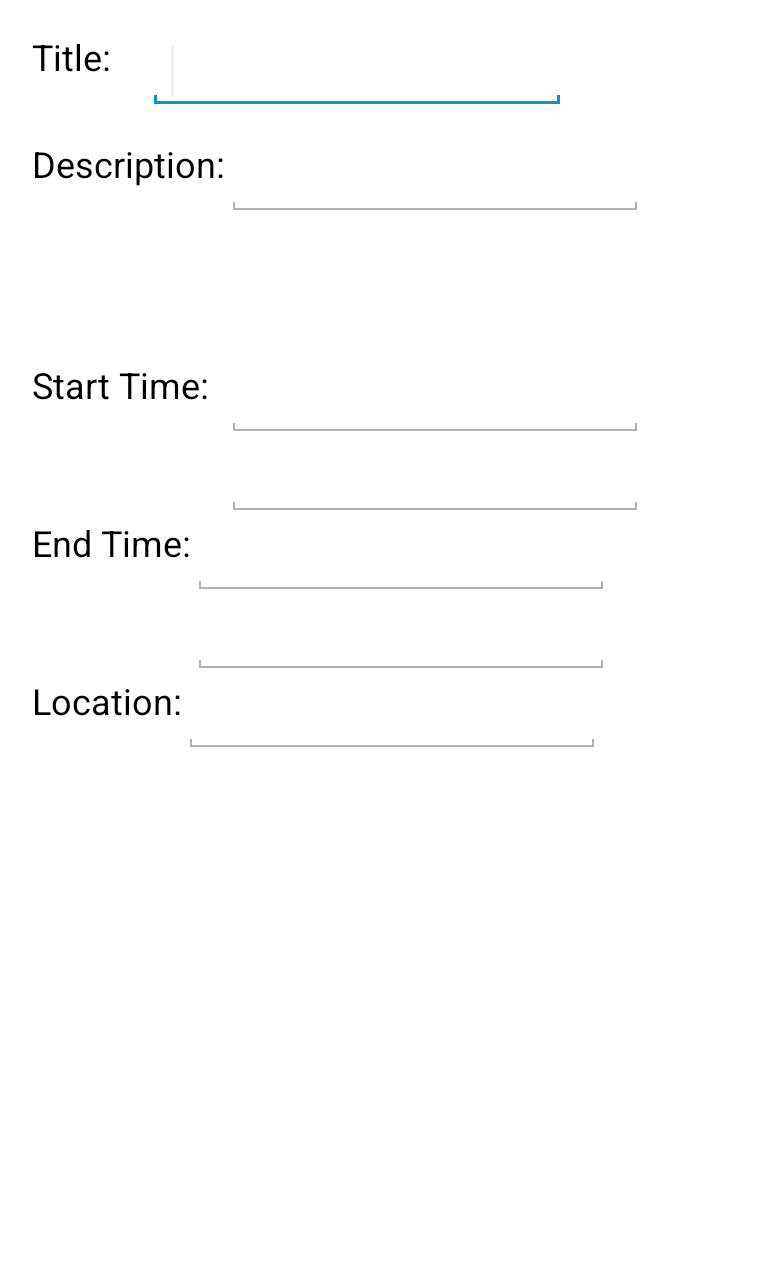
Repository: faisal22/MuslimEvents
Layout: MuslimEvents/res/layout/activity_add_event.xml
These files come from the project's save history. The layout is drawn as it stood at one moment and after the next save; the edit follows.
It is drawn on a 768 x 1280 px phone screen (xhdpi) without system bars, with theme AppTheme; the app's code is not run.

Above is the layout before, as saved 2014-01-19 19:12:24.

### MuslimEvents/res/layout/activity_add_event.xml
<RelativeLayout xmlns:android="http://schemas.android.com/apk/res/android"
    xmlns:tools="http://schemas.android.com/tools"
    android:layout_width="match_parent"
    android:layout_height="match_parent"
    android:paddingBottom="@dimen/activity_vertical_margin"
    android:paddingLeft="@dimen/activity_horizontal_margin"
    android:paddingRight="@dimen/activity_horizontal_margin"
    android:paddingTop="@dimen/activity_vertical_margin"
    tools:context=".AddEventActivity" >

    <TextView
        android:id="@+id/textView1"
        android:layout_width="wrap_content"
        android:layout_height="wrap_content"
        android:layout_alignParentLeft="true"
        android:layout_alignParentTop="true"
        android:text="@string/title"
        android:textAppearance="?android:attr/textAppearanceMedium" />

    <TextView
        android:id="@+id/textView2"
        android:layout_width="wrap_content"
        android:layout_height="wrap_content"
        android:layout_alignLeft="@+id/textView1"
        android:layout_below="@+id/textView1"
        android:layout_marginTop="29dp"
        android:text="@string/description"
        android:textAppearance="?android:attr/textAppearanceMedium" />

    <TextView
        android:id="@+id/textView3"
        android:layout_width="wrap_content"
        android:layout_height="wrap_content"
        android:layout_alignLeft="@+id/textView2"
        android:layout_below="@+id/textView2"
        android:layout_marginTop="86dp"
        android:text="@string/start_time"
        android:textAppearance="?android:attr/textAppearanceMedium" />

    <EditText
        android:id="@+id/editText1"
        android:layout_width="wrap_content"
        android:layout_height="wrap_content"
        android:layout_alignTop="@+id/textView1"
        android:layout_marginLeft="18dp"
        android:layout_toRightOf="@+id/textView1"
        android:ems="10" >

        <requestFocus />
    </EditText>

    <EditText
        android:id="@+id/editText2"
        android:layout_width="wrap_content"
        android:layout_height="wrap_content"
        android:layout_alignTop="@+id/textView2"
        android:layout_toRightOf="@+id/textView2"
        android:ems="10"
        android:inputType="textMultiLine" />

    <EditText
        android:id="@+id/editText3"
        android:layout_width="wrap_content"
        android:layout_height="wrap_content"
        android:layout_alignLeft="@+id/editText2"
        android:layout_alignTop="@+id/textView3"
        android:ems="10"
        android:inputType="time" />

    <EditText
        android:id="@+id/editText4"
        android:layout_width="wrap_content"
        android:layout_height="wrap_content"
        android:layout_below="@+id/editText3"
        android:layout_toRightOf="@+id/textView2"
        android:ems="10"
        android:inputType="date" />

    <TextView
        android:id="@+id/textView4"
        android:layout_width="wrap_content"
        android:layout_height="wrap_content"
        android:layout_alignLeft="@+id/textView3"
        android:layout_below="@+id/editText4"
        android:text="@string/end_time"
        android:textAppearance="?android:attr/textAppearanceMedium" />

    <EditText
        android:id="@+id/editText5"
        android:layout_width="wrap_content"
        android:layout_height="wrap_content"
        android:layout_alignTop="@+id/textView4"
        android:layout_toRightOf="@+id/textView4"
        android:ems="10"
        android:inputType="time" />

    <EditText
        android:id="@+id/editText6"
        android:layout_width="wrap_content"
        android:layout_height="wrap_content"
        android:layout_alignLeft="@+id/editText5"
        android:layout_below="@+id/editText5"
        android:ems="10"
        android:inputType="date" />

    <TextView
        android:id="@+id/textView5"
        android:layout_width="wrap_content"
        android:layout_height="wrap_content"
        android:layout_alignLeft="@+id/textView4"
        android:layout_below="@+id/editText6"
        android:text="@string/location"
        android:textAppearance="?android:attr/textAppearanceMedium" />

    <EditText
        android:id="@+id/editText7"
        android:layout_width="wrap_content"
        android:layout_height="wrap_content"
        android:layout_alignTop="@+id/textView5"
        android:layout_toRightOf="@+id/textView5"
        android:ems="10"
        android:inputType="textPostalAddress" />

</RelativeLayout>

### MuslimEvents/res/values/strings.xml
<?xml version="1.0" encoding="utf-8"?>
<resources>

    <string name="app_name">MuslimEvents</string>
    <string name="action_settings">Settings</string>
    <string name="hello_world">Hello world!</string>
    <string name="title_activity_events">Events</string>
    <string name="title">Title: </string>
    <string name="description">Description: </string>
    <string name="start_time">Start Time: </string>
    <string name="end_time">End Time: </string>
    <string name="location">Location: </string>
    <string name="title_activity_event">EventActivity</string>
    <string name="title_activity_add_event">AddEventActivity</string>

</resources>

Loaded but not shown: MuslimEvents/res/values/styles.xml (common file); MuslimEvents/res/values-v11/styles.xml (common file); MuslimEvents/res/values-v14/styles.xml (common file); MuslimEvents/res/values/dimens.xml (common file)

After the next save:
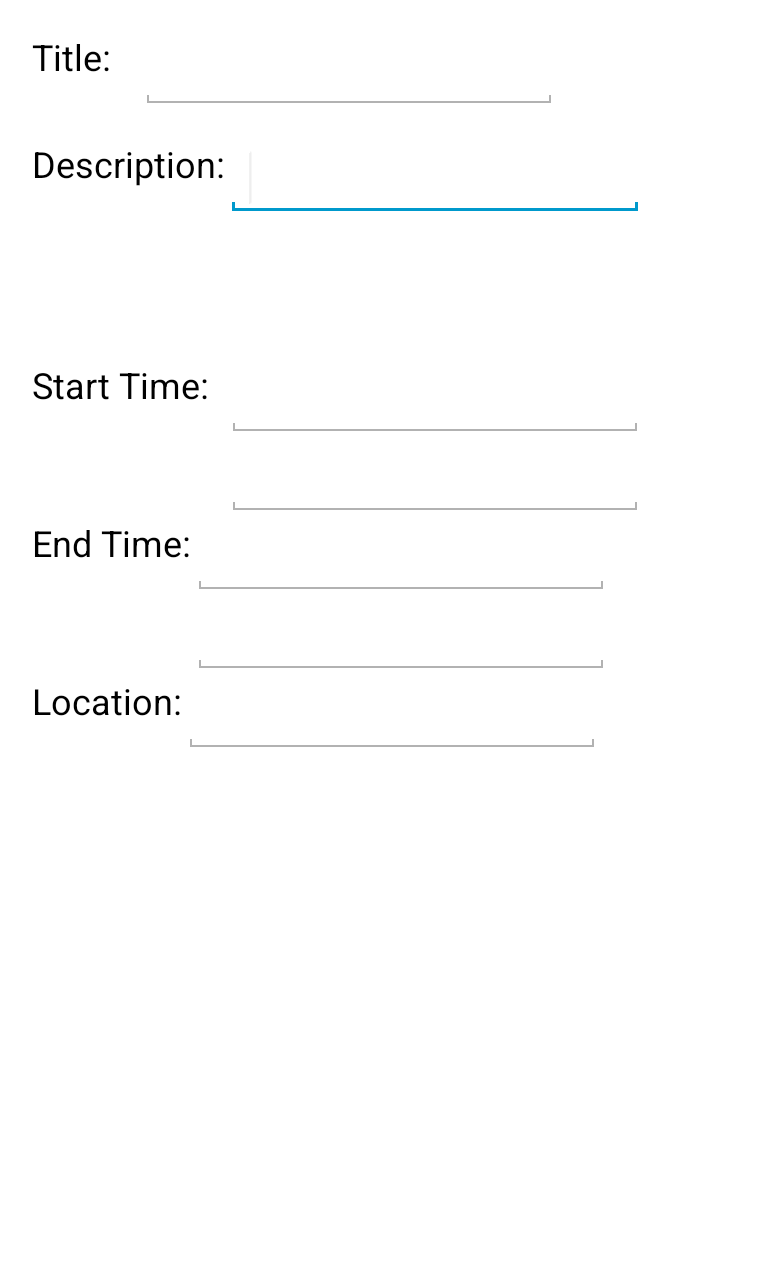
Saved 102 s later.
--- a/MuslimEvents/res/layout/activity_add_event.xml
+++ b/MuslimEvents/res/layout/activity_add_event.xml
@@ -36,36 +36,6 @@
         android:layout_marginTop="86dp"
         android:text="@string/start_time"
         android:textAppearance="?android:attr/textAppearanceMedium" />
-
-    <EditText
-        android:id="@+id/editText1"
-        android:layout_width="wrap_content"
-        android:layout_height="wrap_content"
-        android:layout_alignTop="@+id/textView1"
-        android:layout_marginLeft="18dp"
-        android:layout_toRightOf="@+id/textView1"
-        android:ems="10" >
-
-        <requestFocus />
-    </EditText>
-
-    <EditText
-        android:id="@+id/editText2"
-        android:layout_width="wrap_content"
-        android:layout_height="wrap_content"
-        android:layout_alignTop="@+id/textView2"
-        android:layout_toRightOf="@+id/textView2"
-        android:ems="10"
-        android:inputType="textMultiLine" />
-
-    <EditText
-        android:id="@+id/editText3"
-        android:layout_width="wrap_content"
-        android:layout_height="wrap_content"
-        android:layout_alignLeft="@+id/editText2"
-        android:layout_alignTop="@+id/textView3"
-        android:ems="10"
-        android:inputType="time" />
 
     <EditText
         android:id="@+id/editText4"
@@ -121,4 +91,34 @@
         android:ems="10"
         android:inputType="textPostalAddress" />
 
+    <EditText
+        android:id="@+id/editText1"
+        android:layout_width="wrap_content"
+        android:layout_height="wrap_content"
+        android:layout_alignTop="@+id/textView1"
+        android:layout_marginLeft="14dp"
+        android:layout_toRightOf="@+id/textView1"
+        android:ems="10" />
+
+    <EditText
+        android:id="@+id/editText2"
+        android:layout_width="wrap_content"
+        android:layout_height="wrap_content"
+        android:layout_alignLeft="@+id/editText4"
+        android:layout_alignTop="@+id/textView2"
+        android:ems="10"
+        android:inputType="textMultiLine" >
+
+        <requestFocus />
+    </EditText>
+
+    <EditText
+        android:id="@+id/editText3"
+        android:layout_width="wrap_content"
+        android:layout_height="wrap_content"
+        android:layout_alignLeft="@+id/editText4"
+        android:layout_alignTop="@+id/textView3"
+        android:ems="10"
+        android:inputType="time" />
+
 </RelativeLayout>
